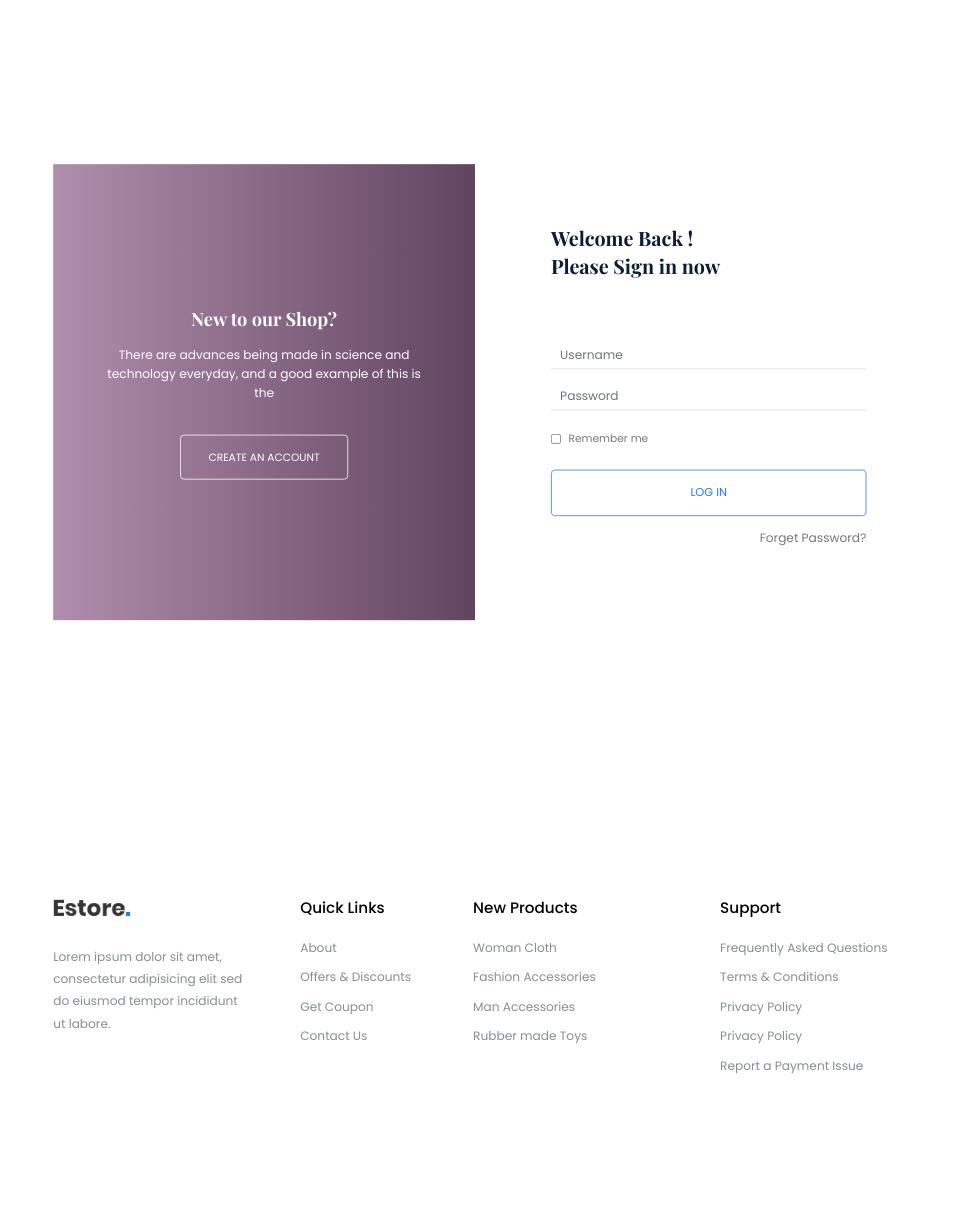
Repository: tuanloc782004/Estore-Bookshop-Website
Page: http://localhost/auth/login
These files come from the project's save history. The page is drawn as it stood at one moment and after the next save; the edit follows.
The browser window is 1280 px wide. The pictures show the whole page, at 76% of full size.
Some web fonts or font styles are not loaded; a fallback is used. The page is this project's Thymeleaf template; nobody is signed in. Other server files are loaded and not shown. The template is opened directly, without the code that normally fills it, so the values that code supplies are empty.

Above is the page before, as saved 2024-10-26 03:07:22.

### myscp/src/main/resources/templates/auth/login.html
<!doctype html>
<html lang="zxx" xmlns:th="http://www.thymeleaf.org"
	xmlns:sec="https://www.thymeleaf.org/extras/spring-security6">

<head th:replace="user/layout/head::head"></head>

<body>

	<!--================login_part Area =================-->
	<section class="login_part section_padding mt-3 mb-3">
		<div class="container">
			<div class="row align-items-center">
				<div class="col-lg-6 col-md-6">
					<div class="login_part_text text-center">
						<div class="login_part_text_iner">
							<h2>New to our Shop?</h2>
							<p>There are advances being made in science and technology
								everyday, and a good example of this is the</p>
							<a href="#" class="btn_3">Create an Account</a>
						</div>
					</div>
				</div>
				<div class="col-lg-6 col-md-6">
					<div class="login_part_form">
						<div class="login_part_form_iner">
							<h3>
								Welcome Back ! <br> Please Sign in now
							</h3>
							<form class="row contact_form" action="#" method="post"
								novalidate="novalidate">
								<div class="col-md-12 form-group p_star">
									<input type="text" class="form-control" id="name" name="name"
										value="" placeholder="Username">
								</div>
								<div class="col-md-12 form-group p_star">
									<input type="password" class="form-control" id="password"
										name="password" value="" placeholder="Password">
								</div>
								<div class="col-md-12 form-group">
									<div class="creat_account d-flex align-items-center">
										<input type="checkbox" id="f-option" name="selector">
										<label for="f-option">Remember me</label>
									</div>
									<button type="submit" value="submit" class="btn_3">
										log in</button>
									<a class="lost_pass" href="#">forget password?</a>
								</div>
							</form>
						</div>
					</div>
				</div>
			</div>
		</div>
	</section>
	<!--================login_part end =================-->

	<footer th:replace="user/layout/footer::footer"></footer>

	<div th:replace="user/layout/script::script"></div>

</body>

</html>

### myscp/src/main/resources/templates/user/layout/head.html
<head th:fragment="head">
<meta charset="utf-8">
<meta http-equiv="x-ua-compatible" content="ie=edge">
<title>Estore</title>
<meta name="description" content="">
<meta name="viewport" content="width=device-width, initial-scale=1">
<link rel="manifest" href="site.webmanifest">
<link rel="shortcut icon" type="image/x-icon"
	th:href="@{/assets/img/favicon.ico}">

<!-- CSS here -->
<link rel="stylesheet" th:href="@{/assets/css/bootstrap.min.css}">
<link rel="stylesheet" th:href="@{/assets/css/owl.carousel.min.css}">
<link rel="stylesheet" th:href="@{/assets/css/flaticon.css}">
<link rel="stylesheet" th:href="@{/assets/css/slicknav.css}">
<link rel="stylesheet" th:href="@{/assets/css/animate.min.css}">
<link rel="stylesheet" th:href="@{/assets/css/magnific-popup.css}">
<link rel="stylesheet" th:href="@{/assets/css/fontawesome-all.min.css}">
<link rel="stylesheet" th:href="@{/assets/css/themify-icons.css}">
<link rel="stylesheet" th:href="@{/assets/css/slick.css}">
<link rel="stylesheet" th:href="@{/assets/css/nice-select.css}">
<link rel="stylesheet" th:href="@{/assets/css/style.css}">
</head>

### myscp/src/main/resources/templates/user/layout/footer.html
<footer th:fragment="footer">

	<!-- Footer Start-->
	<div class="footer-area footer-padding">
		<div class="container">
			<div class="row d-flex justify-content-between">
				<div class="col-xl-3 col-lg-3 col-md-5 col-sm-6">
					<div class="single-footer-caption mb-50">
						<div class="single-footer-caption mb-30">
							<!-- logo -->
							<div class="footer-logo">
								<a href="index.html"><img
									th:src="@{/assets/img/logo/logo2_footer.png}" alt=""></a>
							</div>
							<div class="footer-tittle">
								<div class="footer-pera">
									<p>Lorem ipsum dolor sit amet, consectetur adipisicing elit
										sed do eiusmod tempor incididunt ut labore.</p>
								</div>
							</div>
						</div>
					</div>
				</div>
				<div class="col-xl-2 col-lg-3 col-md-3 col-sm-5">
					<div class="single-footer-caption mb-50">
						<div class="footer-tittle">
							<h4>Quick Links</h4>
							<ul>
								<li><a href="#">About</a></li>
								<li><a href="#"> Offers & Discounts</a></li>
								<li><a href="#"> Get Coupon</a></li>
								<li><a href="#"> Contact Us</a></li>
							</ul>
						</div>
					</div>
				</div>
				<div class="col-xl-3 col-lg-3 col-md-4 col-sm-7">
					<div class="single-footer-caption mb-50">
						<div class="footer-tittle">
							<h4>New Products</h4>
							<ul>
								<li><a href="#">Woman Cloth</a></li>
								<li><a href="#">Fashion Accessories</a></li>
								<li><a href="#"> Man Accessories</a></li>
								<li><a href="#"> Rubber made Toys</a></li>
							</ul>
						</div>
					</div>
				</div>
				<div class="col-xl-3 col-lg-3 col-md-5 col-sm-7">
					<div class="single-footer-caption mb-50">
						<div class="footer-tittle">
							<h4>Support</h4>
							<ul>
								<li><a href="#">Frequently Asked Questions</a></li>
								<li><a href="#">Terms & Conditions</a></li>
								<li><a href="#">Privacy Policy</a></li>
								<li><a href="#">Privacy Policy</a></li>
								<li><a href="#">Report a Payment Issue</a></li>
							</ul>
						</div>
					</div>
				</div>
			</div>
		</div>
	</div>
	<!-- Footer End-->

</footer>

### myscp/src/main/resources/templates/user/layout/script.html
<div th:fragment="script">
	<!-- JS here -->

	<!-- All JS Custom Plugins Link Here here -->
	<script th:src="@{/assets/js/vendor/modernizr-3.5.0.min.js}"></script>
	<!-- Jquery, Popper, Bootstrap -->
	<script th:src="@{/assets/js/vendor/jquery-1.12.4.min.js}"></script>
	<script th:src="@{/assets/js/popper.min.js}"></script>
	<script th:src="@{/assets/js/bootstrap.min.js}"></script>
	<!-- Jquery Mobile Menu -->
	<script th:src="@{/assets/js/jquery.slicknav.min.js}"></script>

	<!-- Jquery Slick , Owl-Carousel Plugins -->
	<script th:src="@{/assets/js/owl.carousel.min.js}"></script>
	<script th:src="@{/assets/js/slick.min.js}"></script>

	<!-- One Page, Animated-HeadLin -->
	<script th:src="@{/assets/js/wow.min.js}"></script>
	<script th:src="@{/assets/js/animated.headline.js}"></script>
	<script th:src="@{/assets/js/jquery.magnific-popup.js}"></script>

	<!-- Scrollup, nice-select, sticky -->
	<script th:src="@{/assets/js/jquery.scrollUp.min.js}"></script>
	<script th:src="@{/assets/js/jquery.nice-select.min.js}"></script>
	<script th:src="@{/assets/js/jquery.sticky.js}"></script>
	<script src="./assets/js/jquery.magnific-popup.js"></script>

	<!-- contact js -->
	<script th:src="@{/assets/js/contact.js}"></script>
	<script th:src="@{/assets/js/jquery.form.js}"></script>
	<script th:src="@{/assets/js/jquery.validate.min.js}"></script>
	<script th:src="@{/assets/js/mail-script.js}"></script>
	<script th:src="@{/assets/js/jquery.ajaxchimp.min.js}"></script>

	<!-- Jquery Plugins, main Jquery -->
	<script th:src="@{/assets/js/plugins.js}"></script>
	<script th:src="@{/assets/js/main.js}"></script>
</div>

### myscp/src/main/resources/static/assets/js/contact.js
$(document).ready(function(){

    (function($) {
        "use strict";


    jQuery.validator.addMethod('answercheck', function (value, element) {
        return this.optional(element) || /^\bcat\b$/.test(value)
    }, "type the correct answer -_-");

    // validate contactForm form
    $(function() {
        $('#contactForm').validate({
            rules: {
                name: {
                    required: true,
                    minlength: 2
                },
                subject: {
                    required: true,
                    minlength: 4
                },
                number: {
                    required: true,
                    minlength: 5
                },
                email: {
                    required: true,
                    email: true
                },
                message: {
                    required: true,
                    minlength: 20
                }
            },
            messages: {
                name: {
                    required: "come on, you have a name, don't you?",
                    minlength: "your name must consist of at least 2 characters"
                },
                subject: {
                    required: "come on, you have a subject, don't you?",
                    minlength: "your subject must consist of at least 4 characters"
                },
                number: {
                    required: "come on, you have a number, don't you?",
                    minlength: "your Number must consist of at least 5 characters"
                },
                email: {
                    required: "no email, no message"
                },
                message: {
                    required: "um...yea, you have to write something to send this form.",
                    minlength: "thats all? really?"
                }
            },
            submitHandler: function(form) {
                $(form).ajaxSubmit({
                    type:"POST",
                    data: $(form).serialize(),
                    url:"contact_process.php",
                    success: function() {
                        $('#contactForm :input').attr('disabled', 'disabled');
                        $('#contactForm').fadeTo( "slow", 1, function() {
                            $(this).find(':input').attr('disabled', 'disabled');
                            $(this).find('label').css('cursor','default');
                            $('#success').fadeIn()
                            $('.modal').modal('hide');
		                	$('#success').modal('show');
                        })
                    },
                    error: function() {
                        $('#contactForm').fadeTo( "slow", 1, function() {
                            $('#error').fadeIn()
                            $('.modal').modal('hide');
		                	$('#error').modal('show');
                        })
                    }
                })
            }
        })
    })

 })(jQuery)
})

### myscp/src/main/resources/static/assets/js/mail-script.js
    // -------   Mail Send ajax

     $(document).ready(function() {
        var form = $('#myForm'); // contact form
        var submit = $('.submit-btn'); // submit button
        var alert = $('.alert-msg'); // alert div for show alert message

        // form submit event
        form.on('submit', function(e) {
            e.preventDefault(); // prevent default form submit

            $.ajax({
                url: 'mail.php', // form action url
                type: 'POST', // form submit method get/post
                dataType: 'html', // request type html/json/xml
                data: form.serialize(), // serialize form data
                beforeSend: function() {
                    alert.fadeOut();
                    submit.html('Sending....'); // change submit button text
                },
                success: function(data) {
                    alert.html(data).fadeIn(); // fade in response data
                    form.trigger('reset'); // reset form
                    submit.attr("style", "display: none !important");; // reset submit button text
                },
                error: function(e) {
                    console.log(e)
                }
            });
        });
    });

### myscp/src/main/resources/static/assets/js/plugins.js
// Avoid `console` errors in browsers that lack a console.
(function() {
    var method;
    var noop = function () {};
    var methods = [
        'assert', 'clear', 'count', 'debug', 'dir', 'dirxml', 'error',
        'exception', 'group', 'groupCollapsed', 'groupEnd', 'info', 'log',
        'markTimeline', 'profile', 'profileEnd', 'table', 'time', 'timeEnd',
        'timeline', 'timelineEnd', 'timeStamp', 'trace', 'warn'
    ];
    var length = methods.length;
    var console = (window.console = window.console || {});

    while (length--) {
        method = methods[length];

        // Only stub undefined methods.
        if (!console[method]) {
            console[method] = noop;
        }
    }
}());

// Place any jQuery/helper plugins in here.

Loaded but not shown: myscp/src/main/resources/static/assets/css/bootstrap.min.css (library); myscp/src/main/resources/static/assets/css/owl.carousel.min.css (common file); myscp/src/main/resources/static/assets/css/flaticon.css (common file); myscp/src/main/resources/static/assets/css/slicknav.css (common file); myscp/src/main/resources/static/assets/css/animate.min.css (library); myscp/src/main/resources/static/assets/css/magnific-popup.css (library); myscp/src/main/resources/static/assets/css/fontawesome-all.min.css (library); myscp/src/main/resources/static/assets/css/themify-icons.css (common file); myscp/src/main/resources/static/assets/css/slick.css (common file); myscp/src/main/resources/static/assets/css/nice-select.css (common file); myscp/src/main/resources/static/assets/css/style.css (library); myscp/src/main/resources/static/assets/js/popper.min.js (library); myscp/src/main/resources/static/assets/js/bootstrap.min.js (library); myscp/src/main/resources/static/assets/js/jquery.slicknav.min.js (library); myscp/src/main/resources/static/assets/js/owl.carousel.min.js (library); myscp/src/main/resources/static/assets/js/slick.min.js (library); myscp/src/main/resources/static/assets/js/wow.min.js (library); myscp/src/main/resources/static/assets/js/animated.headline.js (common file); myscp/src/main/resources/static/assets/js/jquery.magnific-popup.js (library); myscp/src/main/resources/static/assets/js/jquery.scrollUp.min.js (common file); myscp/src/main/resources/static/assets/js/jquery.nice-select.min.js (common file); myscp/src/main/resources/static/assets/js/jquery.sticky.js (library); myscp/src/main/resources/static/assets/js/jquery.form.js (library); myscp/src/main/resources/static/assets/js/jquery.validate.min.js (library); myscp/src/main/resources/static/assets/js/jquery.ajaxchimp.min.js (library); myscp/src/main/resources/static/assets/js/main.js (520 lines, source omitted)

After the next save:
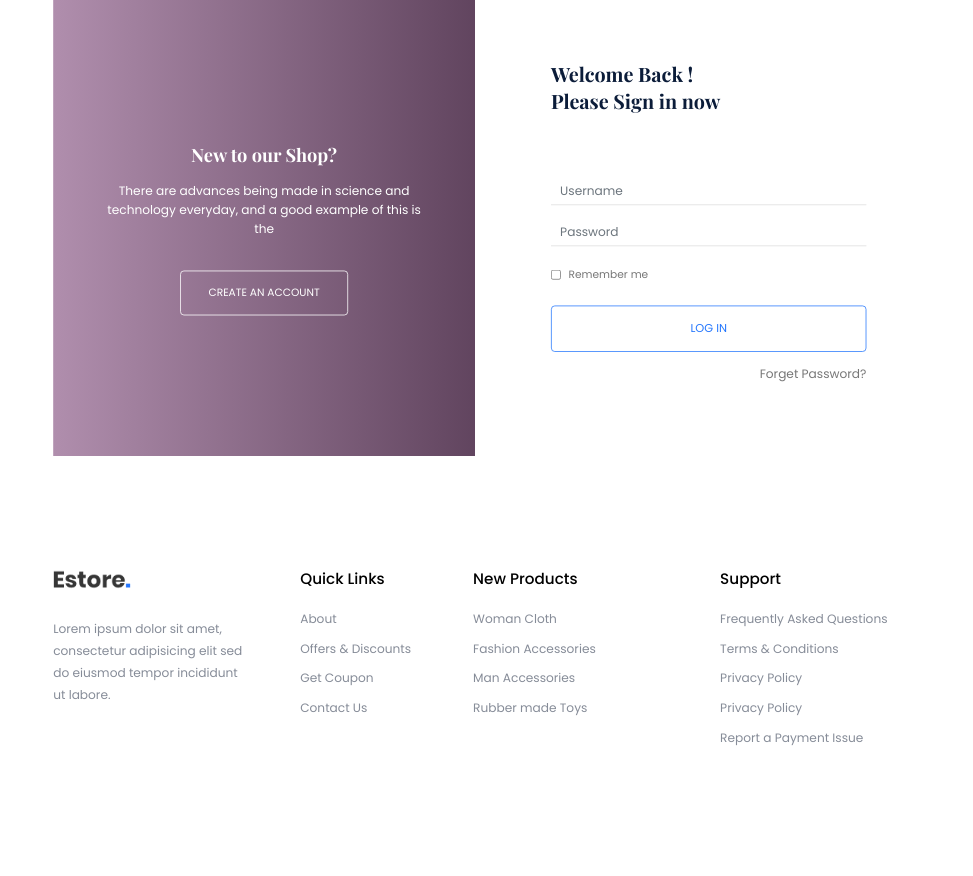
Saved 63 s later.
--- a/myscp/src/main/resources/templates/auth/login.html
+++ b/myscp/src/main/resources/templates/auth/login.html
@@ -7,7 +7,7 @@
 <body>
 
 	<!--================login_part Area =================-->
-	<section class="login_part section_padding mt-3 mb-3">
+	<section class="login_part">
 		<div class="container">
 			<div class="row align-items-center">
 				<div class="col-lg-6 col-md-6">
